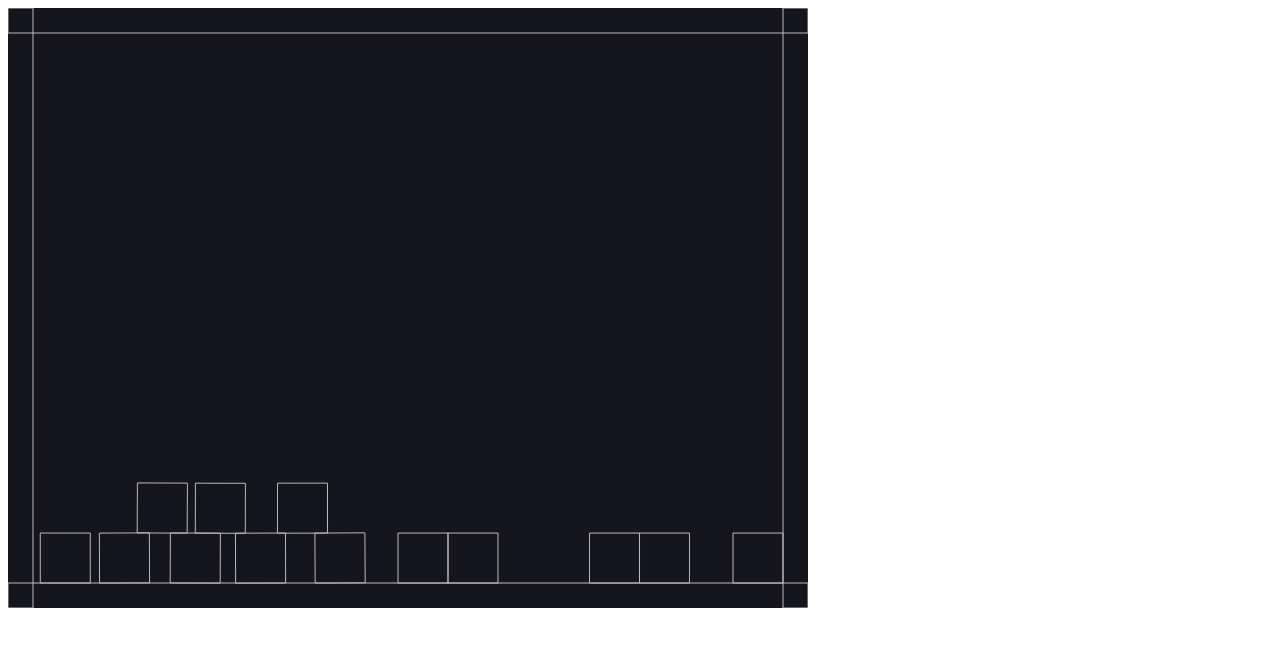
Repository: Sbethm/maze-runner
Page: index.html
An editor plug-in stored every save of this project. The page is shown before and after the next save, followed by the edit.
The browser window is 1280 px wide. The pictures show the whole page.
Some web libraries are served in a nearby version.

Above is the page before, as saved 2021-10-01 16:09:52.

### index.html
<!DOCTYPE html>
<html lang="en">
<head>
    <meta charset="UTF-8">
    <meta http-equiv="X-UA-Compatible" content="IE=edge">
    <meta name="viewport" content="width=device-width, initial-scale=1.0">
    <script src="https://cdnjs.cloudflare.com/ajax/libs/matter-js/0.17.1/matter.min.js"></script>
    <title>Maze Runner</title>
</head>
<body>

    <script src="app.js"></script>
</body>
</html>

### app.js
const { Engine, World, Runner, Render, Bodies, MouseConstraint, Mouse} = Matter;

const engine = Engine.create();
const {world} = engine;
const render = Render.create({
    element: document.body,
    engine: engine,
    options: {
        width: 800,
        height: 600
    }
});
Render.run(render);
Runner.run(Runner.create(), engine);

World.add(world, MouseConstraint.create(engine, {
    mouse: Mouse.create(render.canvas)
}));

//====== Shapes
const shape = [
    Bodies.rectangle(50, 200, 50, 50),
    Bodies.rectangle(100, 200, 50, 50),
    Bodies.rectangle(120, 200, 50, 50),
    Bodies.rectangle(450, 200, 50, 50),
    Bodies.rectangle(430, 200, 50, 50),
    Bodies.rectangle(633, 200, 50, 50),
    Bodies.rectangle(630, 200, 50, 50),
    Bodies.rectangle(750, 200, 50, 50),
    Bodies.rectangle(200, 200, 50, 50),
    Bodies.rectangle(200, 200, 50, 50),
    Bodies.rectangle(200, 200, 50, 50),
    Bodies.rectangle(200, 200, 50, 50),
    Bodies.rectangle(200, 200, 50, 50),
]

//====== Walls
const walls = [
    Bodies.rectangle(400, 0, 800, 50, {isStatic: true}),
    Bodies.rectangle(800, 300, 50, 600, {isStatic: true}),
    Bodies.rectangle(400, 600, 800, 50, {isStatic: true}),
    Bodies.rectangle(0, 300, 50, 600, {isStatic: true})
];


World.add(world, shape);
World.add(world, walls);

After the next save:
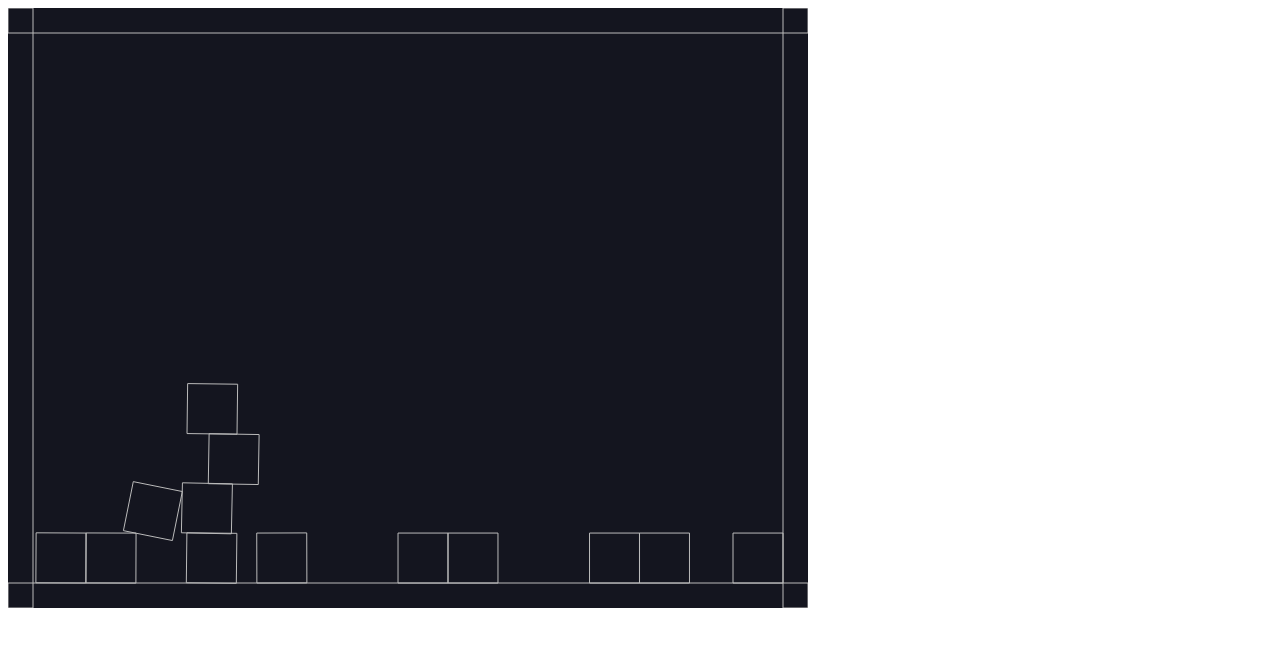
Saved 11 s later.
--- a/app.js
+++ b/app.js
@@ -28,7 +28,7 @@ const shape = [
     Bodies.rectangle(630, 200, 50, 50),
     Bodies.rectangle(750, 200, 50, 50),
     Bodies.rectangle(200, 200, 50, 50),
-    Bodies.rectangle(200, 200, 50, 50),
+    Bodies.rectangle(220, 200, 50, 50),
     Bodies.rectangle(200, 200, 50, 50),
     Bodies.rectangle(200, 200, 50, 50),
     Bodies.rectangle(200, 200, 50, 50),
